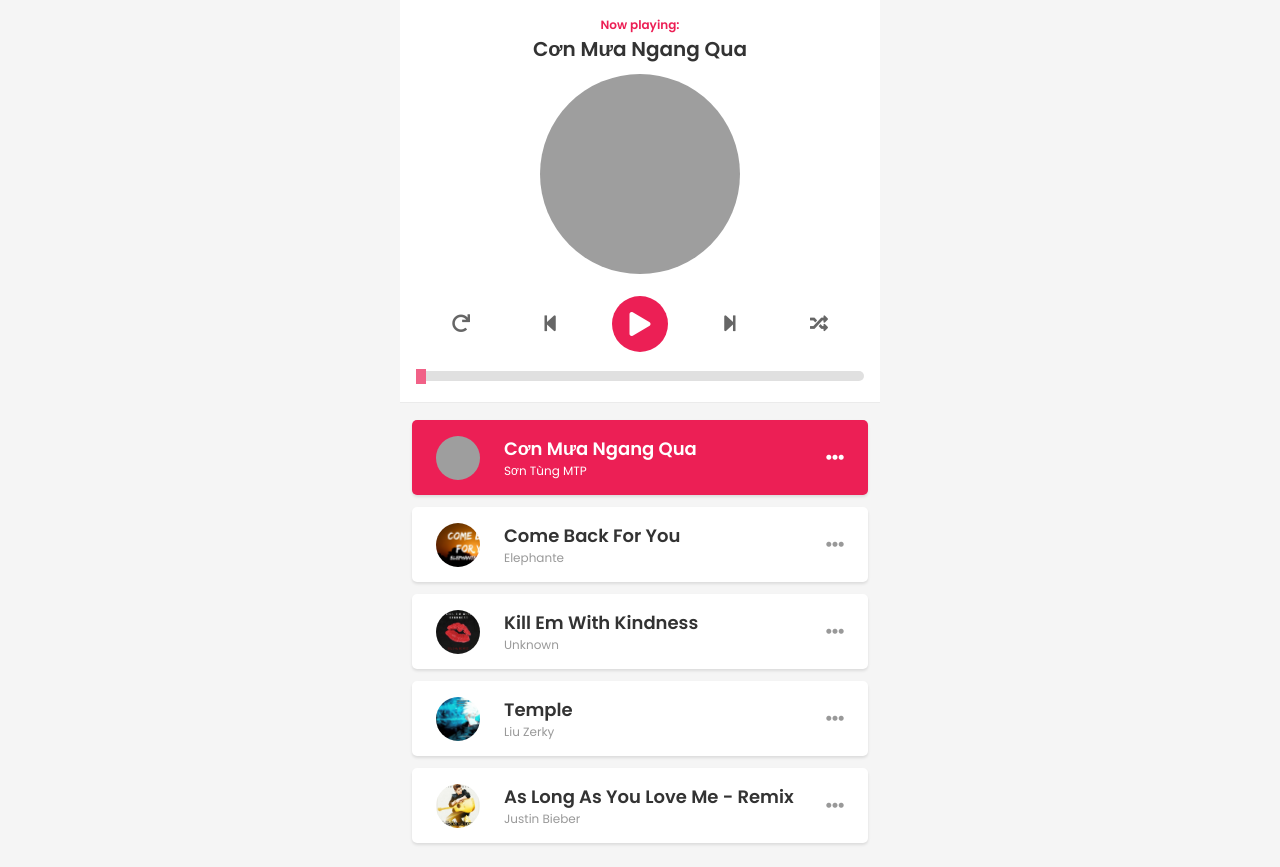
Repository: vandat598/musicPlayer
Page: index.html
An editor plug-in stored every save of this project. The page is shown before and after the next save, followed by the edit.
The browser window is 1280 px wide. The pictures show the whole page.
Pictures or frames that could not be fetched are drawn as grey boxes.

Above is the page before, as saved 2022-04-28 16:02:48.

### index.html
<!DOCTYPE html>
<html lang="en">
  <head>
    <meta charset="UTF-8" />
    <meta name="viewport" content="width=device-width, initial-scale=1.0" />
    <title>Music player</title>
    <link
      rel="stylesheet"
      href="https://cdnjs.cloudflare.com/ajax/libs/font-awesome/5.15.2/css/all.min.css"
      integrity="sha512-HK5fgLBL+xu6dm/Ii3z4xhlSUyZgTT9tuc/hSrtw6uzJOvgRr2a9jyxxT1ely+B+xFAmJKVSTbpM/CuL7qxO8w=="
      crossorigin="anonymous"
    />
    <link rel="preconnect" href="https://fonts.gstatic.com" />
    <link
      href="https://fonts.googleapis.com/css2?family=Poppins:wght@300;400;600&display=swap"
      rel="stylesheet"
    />
    <link rel="stylesheet" href="./assets/css/style.css" />
  </head>
  <body>
    <div class="player">
      <!-- Dashboard -->
      <div class="dashboard">
        <!-- Header -->
        <header>
          <h4>Now playing:</h4>
          <h2>String 57th & 9th</h2>
        </header>

        <!-- CD -->
        <div class="cd">
          <div
            class="cd-thumb"
            style="
              background-image: url('https://i.ytimg.com/vi/jTLhQf5KJSc/maxresdefault.jpg');
            "
          ></div>
        </div>

        <!-- Control -->
        <div class="control">
          <div class="btn btn-repeat">
            <i class="fas fa-redo"></i>
          </div>
          <div class="btn btn-prev">
            <i class="fas fa-step-backward"></i>
          </div>
          <div class="btn btn-toggle-play">
            <i class="fas fa-pause icon-pause"></i>
            <i class="fas fa-play icon-play"></i>
          </div>
          <div class="btn btn-next">
            <i class="fas fa-step-forward"></i>
          </div>
          <div class="btn btn-random">
            <i class="fas fa-random"></i>
          </div>
        </div>

        <input
          id="progress"
          class="progress"
          type="range"
          value="0"
          step="1"
          min="0"
          max="100"
        />

        <audio id="audio" src=""></audio>
      </div>

      <!-- Playlist -->
      <div class="playlist">
        <div class="song">
          <div
            class="thumb"
            style="
              background-image: url('https://i.ytimg.com/vi/jTLhQf5KJSc/maxresdefault.jpg');
            "
          ></div>
          <div class="body">
            <h3 class="title">Music name</h3>
            <p class="author">Singer</p>
          </div>
          <div class="option">
            <i class="fas fa-ellipsis-h"></i>
          </div>
        </div>
        <div class="song">
          <div
            class="thumb"
            style="
              background-image: url('https://i.ytimg.com/vi/jTLhQf5KJSc/maxresdefault.jpg');
            "
          ></div>
          <div class="body">
            <h3 class="title">Music name</h3>
            <p class="author">Singer</p>
          </div>
          <div class="option">
            <i class="fas fa-ellipsis-h"></i>
          </div>
        </div>
        <div class="song">
          <div
            class="thumb"
            style="
              background-image: url('https://i.ytimg.com/vi/jTLhQf5KJSc/maxresdefault.jpg');
            "
          ></div>
          <div class="body">
            <h3 class="title">Music name</h3>
            <p class="author">Singer</p>
          </div>
          <div class="option">
            <i class="fas fa-ellipsis-h"></i>
          </div>
        </div>
      </div>
    </div>

    <script>
      /*
        done 1. Render songs
        done 2. Scroll top
        3. Play / pause / seek
        4. CD rotate
        5. Next / prev
        6. Random
        7. Next / repeat when ended
        8. Active song
        9. Scroll active song into view
        10. play song when click
      */

      const $ = document.querySelector.bind(document);
      const $$ = document.querySelectorAll.bind(document);

      const player = $('.player');
      const cd = $('.cd');
      const heading = $('header h2');
      const cdThumb = $('.cd-thumb');
      const audio = $('#audio');
      const playBtn = $('.btn-toggle-play');
      const progress = $('#progress');
      const nextBtn = $('.btn-next');
      const prevBtn = $('.btn-prev');
      const randomBtn = $('.btn-random');
      let played = [];
      const repeatBtn = $('.btn-repeat');
      const songActive = $('.song');

      const app = {
        currentIndex: 0,
        isPlaying: false,
        isRandom: false,
        isRepeat: false,
        songs: [
          {
            name: 'Cơn Mưa Ngang Qua',
            singer: 'Sơn Tùng MTP',
            path: './assets/music/ConMuaNgangQua SonTungMTP 2782444.mp3',
            image: './assets/img/MTP.png',
          },
          {
            name: 'Come Back For You',
            singer: 'Elephante',
            path: './assets/music/Elephante  Come Back For You feat Matluck.mp3',
            image: './assets/img/comBackForYou.png',
          },
          {
            name: 'Kill Em With Kindness',
            singer: 'Unknown',
            path: './assets/music/Kill Em With Kindness  Remix   Nhạc Tik Tok Gây Nghiện.mp3',
            image: './assets/img/KillEmWithKindness.png',
          },
          {
            name: 'Temple',
            singer: 'Liu Zerky',
            path: './assets/music/Temple  Liu  Zerky  Nhạc Nền Cực Hot TikTok Trung Quốc Gây Nghiện  Douyin抖音.mp3',
            image: './assets/img/Temple.png',
          },
          {
            name: 'As Long As You Love Me - Remix',
            singer: 'Justin Bieber',
            path: './assets/music/As Long As You Love Me  Justin Bieber.mp3',
            image:
              './assets/img/As_Long_As_You_Love_Me_(feat._Big_Sean)_-_Single.jpg',
          },
        ],
        render() {
          const htmls = this.songs.map((song, index) => {
            return `
              <div class="song ${index === this.currentIndex ? 'active' : ''}">
                <div class="thumb" style="background-image: url('${
                  song.image
                }')">
                </div>
                <div class="body">
                  <h3 class="title">${song.name}</h3>
                  <p class="author">${song.singer}</p>
                </div>
                <div class="option">
                  <i class="fa fa-ellipsis-h"></i>
                </div>
              </div>
            `;
          });
          $('.playlist').innerHTML = htmls.join('');
        },
        defineProperties() {
          // Search google xem sytax defineProperty
          Object.defineProperty(this, 'currentSong', {
            get() {
              return this.songs[this.currentIndex];
            },
          });
        },
        handleEvent() {
          const _this = this;
          const cdWidth = cd.offsetWidth;

          // xử lý CD quay / dừng
          const cdThumbAnimate = cdThumb.animate(
            [{ transform: 'rotate(360deg)' }],
            {
              duration: 10000,
              iterations: Infinity,
            }
          );
          cdThumbAnimate.pause();

          // handle scroll
          document.onscroll = function () {
            const scrollTop =
              window.scrollY || document.documentElement.scrollTop;

            const newCdWidth = cdWidth - scrollTop;

            cd.style.width = newCdWidth > 0 ? newCdWidth + 'px' : 0;
            cd.style.opacity = newCdWidth / cdWidth;
          };

          // handle click play button

          playBtn.onclick = function () {
            if (_this.isPlaying) {
              audio.pause();
            } else {
              audio.play();
            }
          };

          // Khi song được play
          audio.onplay = function () {
            _this.isPlaying = true;
            player.classList.add('playing');
            cdThumbAnimate.play();
          };

          // Khi song pause
          audio.onpause = function () {
            _this.isPlaying = false;
            player.classList.remove('playing');
            cdThumbAnimate.pause();
          };

          // Khi tiến độ bài hát thay đổi
          audio.ontimeupdate = function () {
            if (audio.duration) {
              const progressPercent = Math.floor(
                (audio.currentTime / audio.duration) * 100
              );
              progress.value = progressPercent;
            }
          };

          // Xử lý khi tua bài hát
          progress.oninput = function (e) {
            const seekTime = (audio.duration / 100) * e.target.value;
            audio.currentTime = seekTime;
          };

          // Next song
          nextBtn.onclick = function () {
            if (_this.isRandom) {
              _this.playRandomSong();
            } else {
              _this.nextSong();
            }
            audio.play();
          };
          // Prev song
          prevBtn.onclick = function () {
            if (_this.isRandom) {
              _this.playRandomSong();
            } else {
              _this.prevSong();
            }
            audio.play();
          };

          // Random button
          randomBtn.onclick = function () {
            // Gắn cờ isRandom có thật sự cần thiết??
            _this.isRandom = !_this.isRandom;
            // method toggle, khi đối số t2 là true thì sẽ add class, còn false thì remove class
            randomBtn.classList.toggle('active', _this.isRandom);
          };

          // Xử lý lặp lại song
          repeatBtn.onclick = function (e) {
            _this.isRepeat = !_this.isRepeat;
            repeatBtn.classList.toggle('active', _this.isRepeat);
          };

          // Xử lý next song khi audio ended
          audio.onended = function () {
            if (_this.isRandom) {
              _this.playRandomSong();
            }
            if (_this.isRepeat) {
              audio.play();
            } else {
              nextBtn.click();
            }
          };
        },
        loadCurrentSong() {
          heading.textContent = this.currentSong.name;
          cdThumb.style.backgroundImage = `url('${this.currentSong.image}')`;
          audio.src = this.currentSong.path;
          songActive.classList.toggle('active');
        },
        nextSong() {
          this.currentIndex++;
          if (this.currentIndex >= this.songs.length) {
            this.currentIndex = 0;
          }
          this.loadCurrentSong();
        },
        prevSong() {
          this.currentIndex--;
          if (this.currentIndex < 0) {
            this.currentIndex = this.songs.length - 1;
          }
          this.loadCurrentSong();
        },
        playRandomSong() {
          let newIndex;
          do {
            newIndex = Math.floor(Math.random() * this.songs.length);
            if (played.length === this.songs.length) {
              played = [];
            }
          } while (
            newIndex === this.currentIndex ||
            played.some(value => value === newIndex)
          );
          played.push(newIndex);
          this.currentIndex = newIndex;
          this.loadCurrentSong();
          console.log(played);
        },

        start() {
          this.defineProperties();
          this.handleEvent();
          this.loadCurrentSong();

          this.render();
        },
      };

      app.start();
    </script>
  </body>
</html>

### assets/css/style.css
:root {
  --primary-color: #ec1f55;
  --text-color: #333;
}

* {
  padding: 0;
  margin: 0;
  box-sizing: inherit;
}

body {
  background-color: #f5f5f5;
}

html {
  box-sizing: border-box;
  font-family: 'Poppins', sans-serif;
}

.player {
  position: relative;
  max-width: 480px;
  margin: 0 auto;
}

.player .icon-pause {
  display: none;
}

.player.playing .icon-pause {
  display: inline-block;
}

.player.playing .icon-play {
  display: none;
}

.dashboard {
  padding: 16px 16px 14px;
  background-color: #fff;
  position: fixed;
  top: 0;
  width: 100%;
  max-width: 480px;
  border-bottom: 1px solid #ebebeb;
}

/* HEADER */
header {
  text-align: center;
  margin-bottom: 10px;
}

header h4 {
  color: var(--primary-color);
  font-size: 12px;
}

header h2 {
  color: var(--text-color);
  font-size: 20px;
}

/* CD */
.cd {
  display: flex;
  margin: auto;
  width: 200px;
}

.cd-thumb {
  width: 100%;
  padding-top: 100%;
  border-radius: 50%;
  background-color: #333;
  background-size: cover;
  margin: auto;
}

/* CONTROL */
.control {
  display: flex;
  align-items: center;
  justify-content: space-around;
  padding: 18px 0 8px 0;
}

.control .btn {
  color: #666;
  padding: 18px;
  font-size: 18px;
  cursor: pointer;
}
/* .control .btn:hover {
  background-color: rgb(192, 188, 188);
  border-radius: 30%;
} */

.control .btn.active {
  color: var(--primary-color);
}

.control .btn-toggle-play {
  width: 56px;
  height: 56px;
  border-radius: 50%;
  font-size: 24px;
  color: #fff;
  display: flex;
  align-items: center;
  justify-content: center;
  background-color: var(--primary-color);
}

.progress {
  width: 100%;
  -webkit-appearance: none;
  height: 10px;
  background: #d3d3d3;
  outline: none;
  opacity: 0.7;
  -webkit-transition: 0.2s;
  transition: opacity 0.2s;
  border-radius: 30px;
}

.progress::-webkit-slider-thumb {
  -webkit-appearance: none;
  appearance: none;
  width: 10px;
  height: 15px;
  background-color: var(--primary-color);
  cursor: pointer;
}

/* PLAYLIST */
.playlist {
  margin-top: 408px;
  padding: 12px;
}

.song {
  display: flex;
  align-items: center;
  margin-bottom: 12px;
  background-color: #fff;
  padding: 8px 16px;
  border-radius: 5px;
  box-shadow: 0 2px 3px rgba(0, 0, 0, 0.1);
  cursor: pointer;
}

.song.active {
  background-color: var(--primary-color);
}

.song:active {
  opacity: 0.8;
}

.song.active .option,
.song.active .author,
.song.active .title {
  color: #fff;
}

.song .thumb {
  width: 44px;
  height: 44px;
  border-radius: 50%;
  background-size: cover;
  margin: 0 8px;
}

.song .body {
  flex: 1;
  padding: 0 16px;
}

.song .title {
  font-size: 18px;
  color: var(--text-color);
}

.song .author {
  font-size: 12px;
  color: #999;
}

.song .option {
  padding: 16px 8px;
  color: #999;
  font-size: 18px;
}

After the next save:
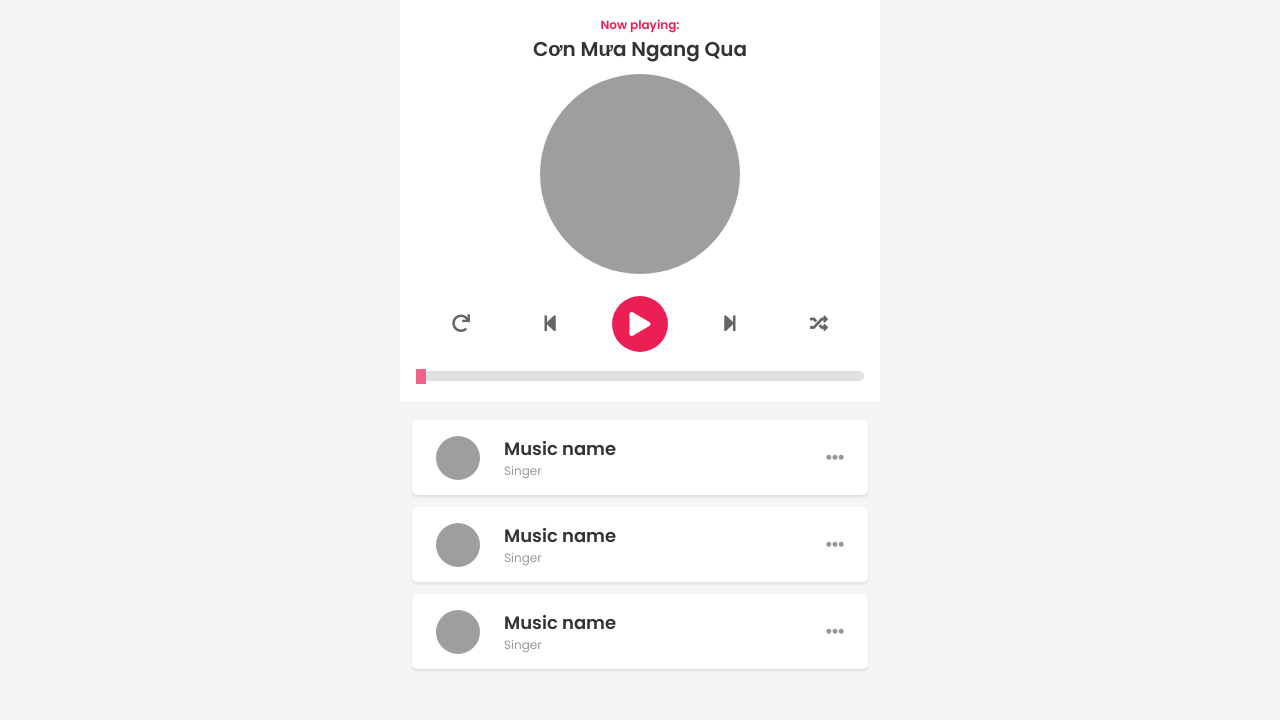
Console error: TypeError: songActive.map is not a function
Saved 64 s later.
--- a/index.html
+++ b/index.html
@@ -331,7 +331,7 @@
           heading.textContent = this.currentSong.name;
           cdThumb.style.backgroundImage = `url('${this.currentSong.image}')`;
           audio.src = this.currentSong.path;
-          songActive.classList.toggle('active');
+          songActive.map(elem => elem.classList.toggle('active'));
         },
         nextSong() {
           this.currentIndex++;

After the 3 saves that followed:
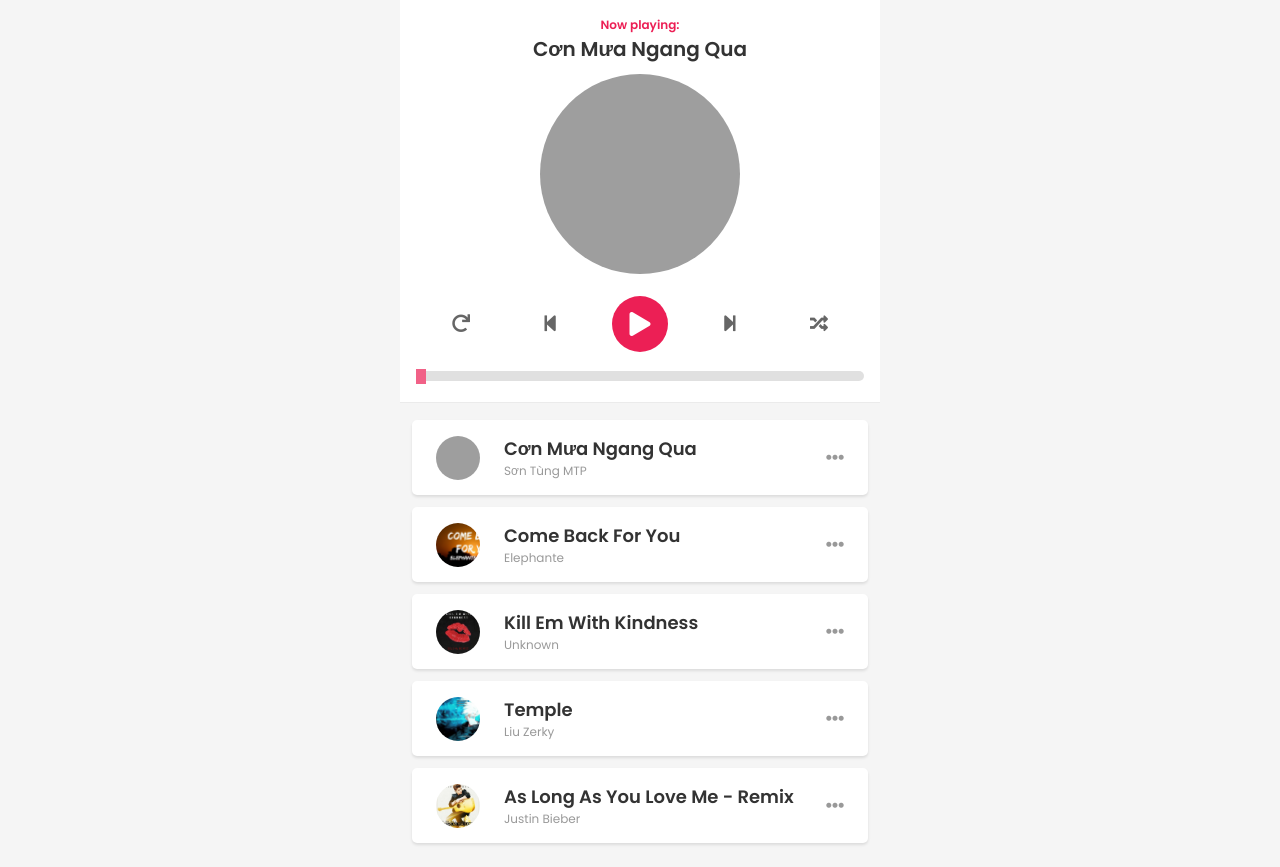
The error is gone.
The 3 saves are shown as one change because 2 left the picture as it was.
The last was saved 55 s later.
--- a/index.html
+++ b/index.html
@@ -192,10 +192,8 @@
         render() {
           const htmls = this.songs.map((song, index) => {
             return `
-              <div class="song ${index === this.currentIndex ? 'active' : ''}">
-                <div class="thumb" style="background-image: url('${
-                  song.image
-                }')">
+              <div class="song ">
+                <div class="thumb" style="background-image: url('${song.image}')">
                 </div>
                 <div class="body">
                   <h3 class="title">${song.name}</h3>
@@ -331,7 +329,6 @@
           heading.textContent = this.currentSong.name;
           cdThumb.style.backgroundImage = `url('${this.currentSong.image}')`;
           audio.src = this.currentSong.path;
-          songActive.map(elem => elem.classList.toggle('active'));
         },
         nextSong() {
           this.currentIndex++;
